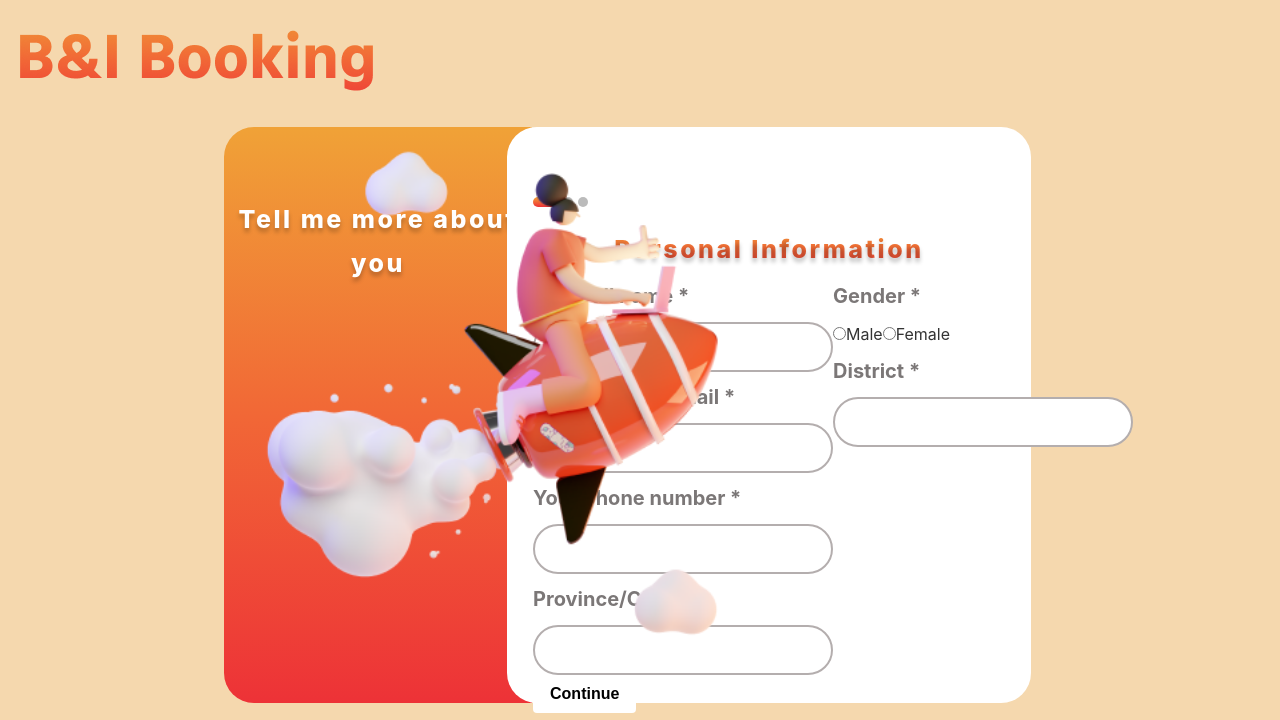
Repository: Grand-Line-PNV/FE-BIBooking
Page: /
An editor plug-in stored every save of this project. The page is shown before and after the next save, followed by the edit.
The browser window is 1280 px wide. The pictures show the whole page.
The project was rebuilt for these pictures with package versions that can differ from the ones it lists, and the page was loaded fresh each time. Also part of the build but not shown: src/App.css.

Above is the page before, as saved 2023-02-06 10:07:01.

After the next save:
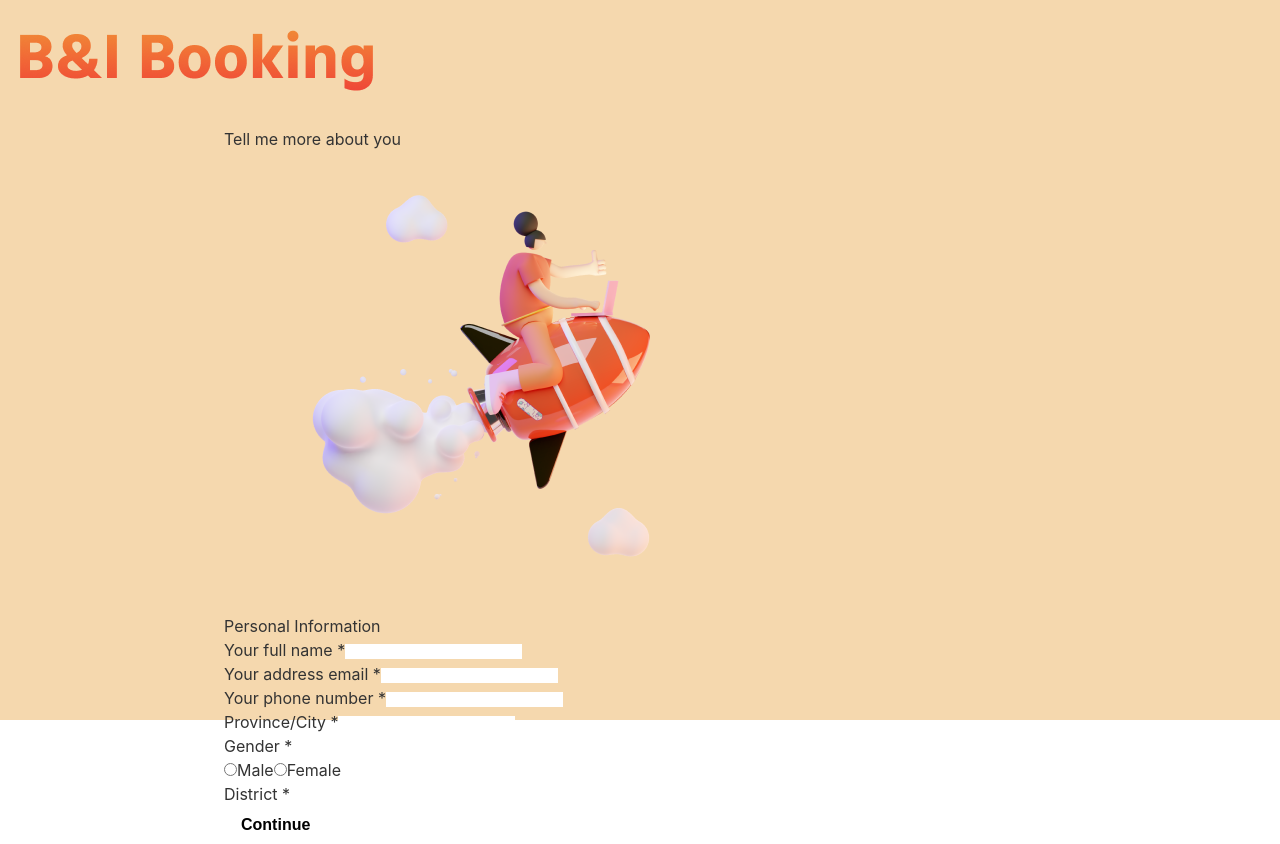
Saved 10 min 34 s later.
--- a/src/view/pages/Influencers/PersonalInformation/index.js
+++ b/src/view/pages/Influencers/PersonalInformation/index.js
@@ -17,7 +17,7 @@ export default function PersonalInformation() {
             alt="LogoB&IBooking"
           />
           <div className={cx("container")}>
-            <div className={cx("personalInfor__container")}>
+            <div className={cx("personalInfor-container")}>
               <div className={cx("block_left")}>
                 <p className={cx("personalInfor_title")}>
                   Tell me more about you

After the save that followed:
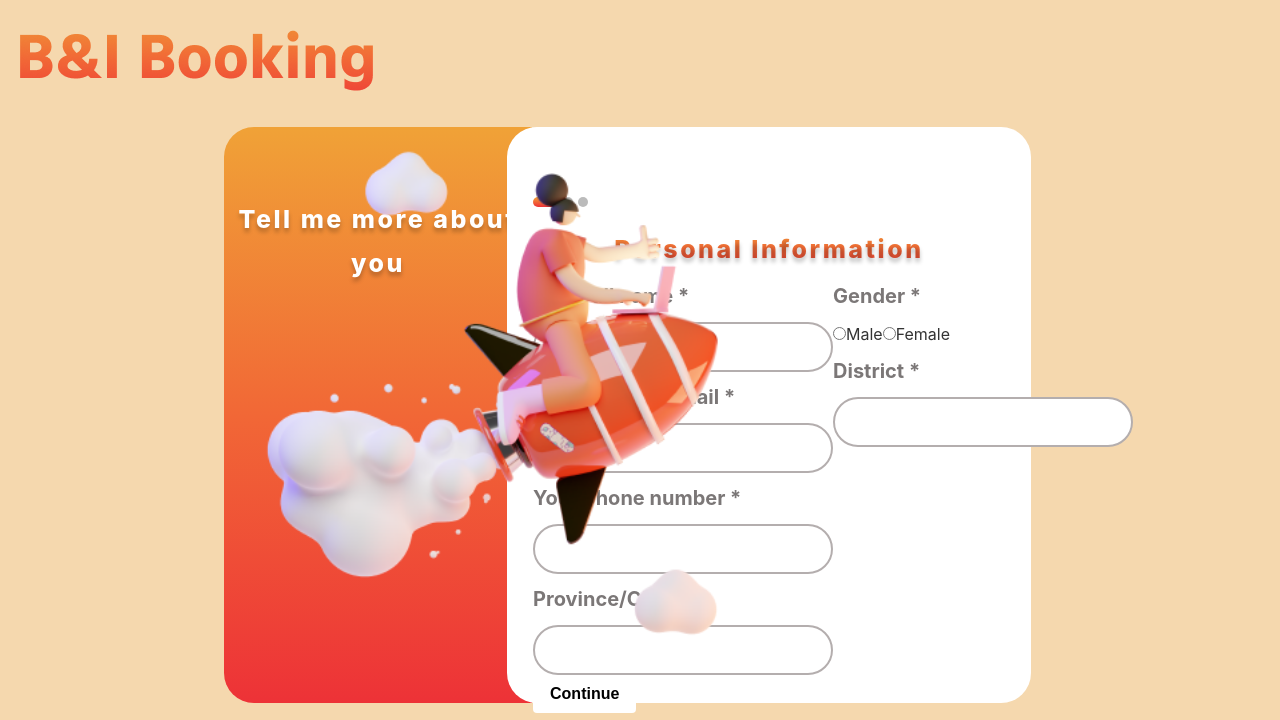
Saved 19 s later.
--- a/src/view/pages/Influencers/PersonalInformation/PersonalInformation.module.scss
+++ b/src/view/pages/Influencers/PersonalInformation/PersonalInformation.module.scss
@@ -21,7 +21,7 @@
     // background-color: white;
     margin: 0 auto;
     border-radius: 20px;
-    & .personalInfor__container {
+    & .personalInfor-container {
       width: 100%;
       height: 80vh;
       display: flex;
